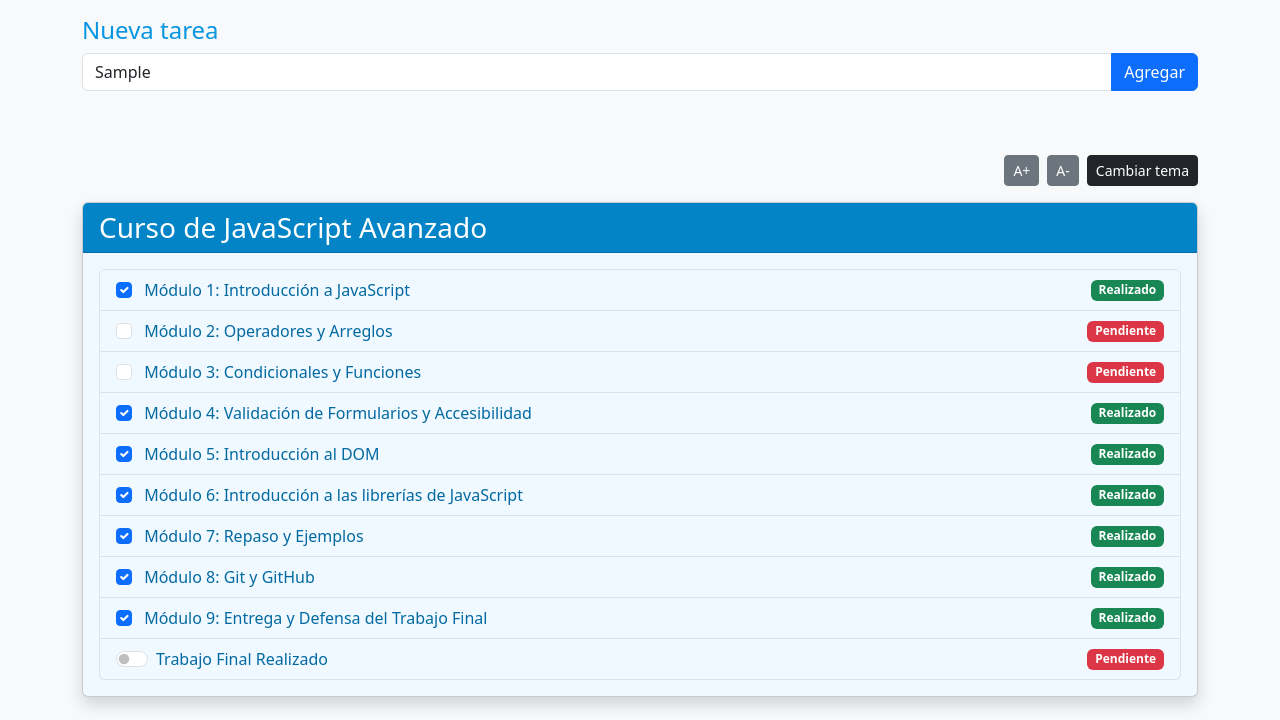
Repository: damyzacarias-web/Checklist
Page: tpfinal.html
These files come from the project's save history. The page is drawn as it stood at one moment and after the next save; the edit follows.
The browser window is 1280 px wide. The pictures show the whole page.
Empty fields were first filled with sample values (such as "Sample", 5 or name@example.com).
After loading, the first visible `#tema` was clicked once.

Above is the page before, as saved 2026-07-03 09:37:58.

After the next save:
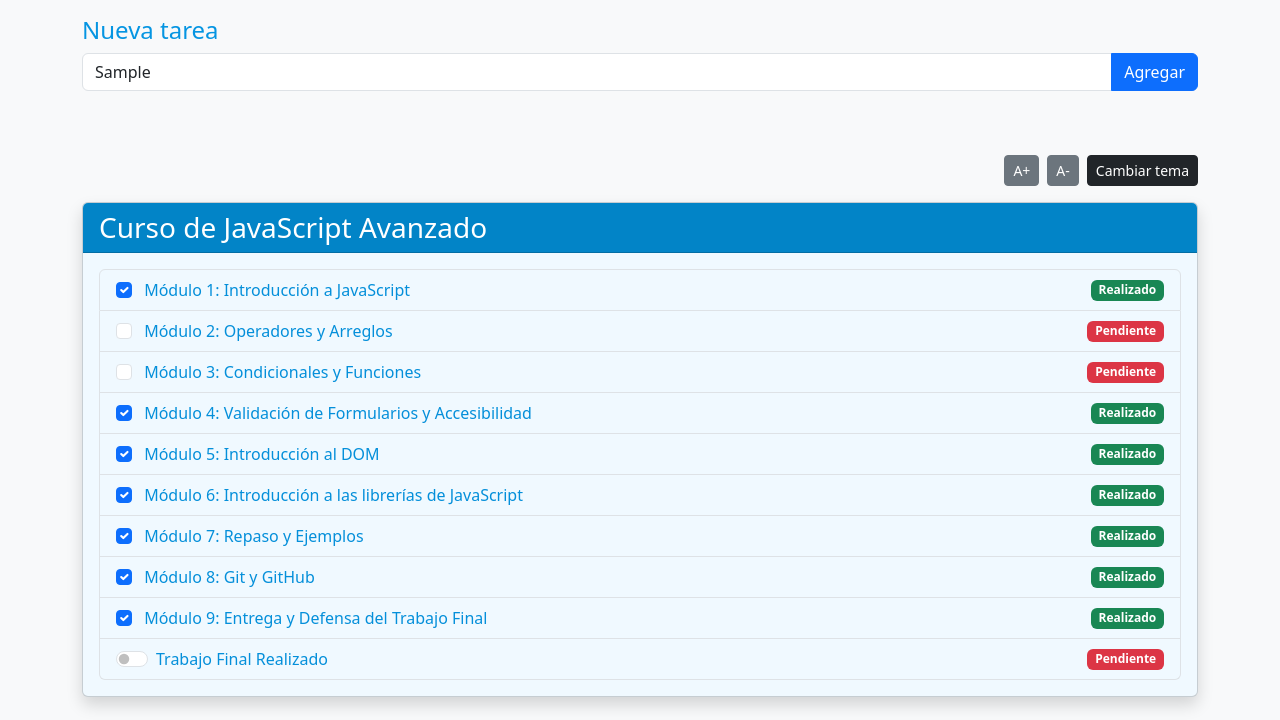
Saved 19 s later.
--- a/script.js
+++ b/script.js
@@ -42,7 +42,7 @@
 
         listItems.forEach(item => {
             item.style.backgroundColor = "#f0f9ff";
-            item.style.color = "#0369a1";
+            item.style.color = "#048fda";
         });
     }
     temaAzul = !temaAzul;

After the 2 saves that followed:
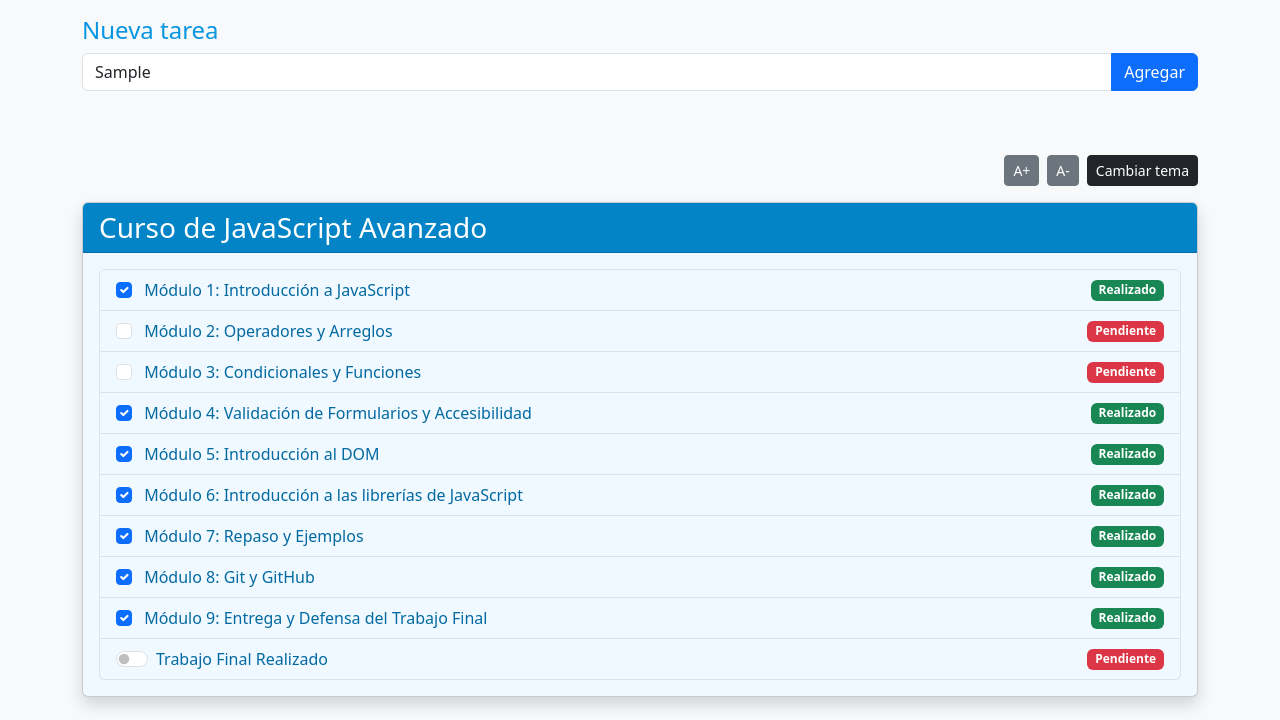
The 2 saves are shown as one change because 1 left the picture as it was.
The last was saved 6 min 29 s later.
--- a/script.js
+++ b/script.js
@@ -42,7 +42,7 @@
 
         listItems.forEach(item => {
             item.style.backgroundColor = "#f0f9ff";
-            item.style.color = "#048fda";
+            item.style.color = "#0369a1";
         });
     }
     temaAzul = !temaAzul;
